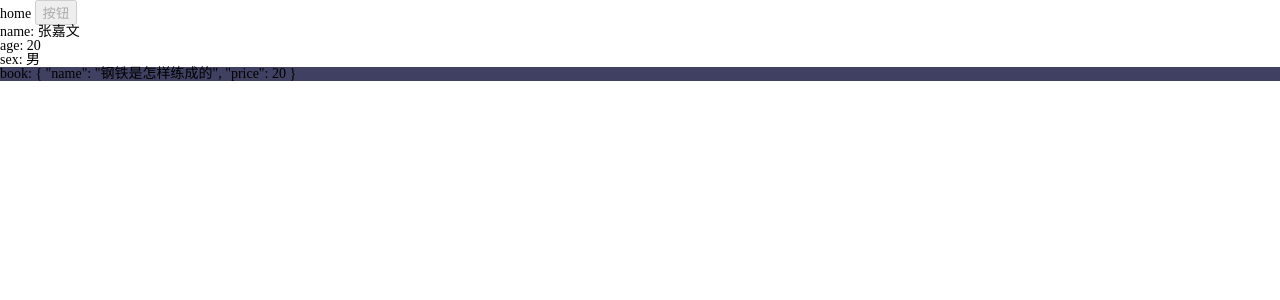
Repository: 596178924/vue3-ts-app
Page: /
These files come from the project's save history. The page is drawn as it stood at one moment and after the next save; the edit follows.
The browser window is 1280 px wide. The pictures show the whole page.
The project was rebuilt for these pictures with package versions that can differ from the ones it lists, and the page was loaded fresh each time. Also part of the build but not shown: vite.config.ts.

Above is the page before, as saved 2022-11-09 16:27:59.

### index.html
<!DOCTYPE html>
<html lang="zh">

<head>
  <meta charset="UTF-8" />
  <link rel="icon" type="image/svg+xml" href="/vite.svg" />
  <meta name="viewport" content="width=device-width, initial-scale=1.0" />
  <title>
    ts
  </title>
</head>

<body>
  <noscript>
    <strong>We're sorry but this doesn't work properly without JavaScript enabled.
        Please enable it to continue.</strong>
  </noscript>
  <div id="app"></div>
  <script type="module" src="/src/main.ts"></script>
</body>

</html>

### src/main.ts
import { createApp } from 'vue';
import AppElement from './App.vue'
import pluginInstall from "@/plugins"
import Router from "@/router"

(() => {
    const app = createApp(AppElement);
    app.use(pluginInstall);
    app.use(Router);
    app.mount('#app');
})()

### src/App.vue
<style lang="less">
@import '@/styles/index.less';
</style>

<template>
	<router-view></router-view>
</template>

<script setup lang="ts">
</script>

### src/plugins/index.ts
import { App } from "@vue/runtime-core";
import piniaInstall from "@/store";
export default function install(app: App) {
	app.use(piniaInstall);
}

### src/router/index.ts
import { createRouter, createWebHistory } from 'vue-router';
import routes from "./routes"
const router = createRouter({
    history: createWebHistory(),
    routes,
});

export default router;

### src/styles/index.less
@import './resetCss.less';

### src/styles/resetCss.less
/* http://meyerweb.com/eric/tools/css/reset/
   v2.0 | 20110126
   License: none (public domain)
*/
html, body, div, span, applet, object, iframe,
h1, h2, h3, h4, h5, h6, p, blockquote, pre,
a, abbr, acronym, address, big, cite, code,
del, dfn, em, img, ins, kbd, q, s, samp,
small, strike, strong, sub, sup, tt, var,
b, u, i, center,
dl, dt, dd, ol, ul, li,
fieldset, form, label, legend,
table, caption, tbody, tfoot, thead, tr, th, td,
article, aside, canvas, details, embed,
figure, figcaption, footer, header, hgroup,
menu, nav, output, ruby, section, summary,
time, mark, audio, video {
	margin: 0;
	padding: 0;
	border: 0;
	font: inherit;
	vertical-align: baseline;
}
/* HTML5 display-role reset for older browsers */
article, aside, details, figcaption, figure,
footer, header, hgroup, menu, nav, section {
	display: block;
}
body {
	line-height: 1;
	font-size: 14px;
}
ol, ul {
	list-style: none;
}
blockquote, q {
	quotes: none;
}
blockquote:before, blockquote:after,
q:before, q:after {
	content: '';
	content: none;
}
table {
	border-collapse: collapse;
	border-spacing: 0;
}

### src/store/index.ts
import { createPinia } from 'pinia'
// import piniaPluginPersist from 'pinia-plugin-persist'
const store = createPinia()
// store.use(piniaPluginPersist)
export default store

### src/router/routes.ts
import {  RouteRecordRaw } from 'vue-router';

const routes: Array<RouteRecordRaw> = [
    {
        path: '/',
        name: 'Home',
        component: ()=> import('@v/home/index.vue'),
    }
]

export default routes

### src/views/home/index.vue
<template>
	<div>
		home
		<button disabled>按钮</button>
		<p>name: {{ name }}</p>
		<p>age: {{ age }}</p>
		<p>sex: {{ sex }}</p>
		<p class="test">book: {{ book }}</p>
	</div>
</template>

<script setup lang="ts">
import { ref, Ref } from "@vue/reactivity";
interface Book {
	name: String;
	price: Number;
}
const name: Ref<String> = ref("张嘉文");
const age = ref<Number>(20);
const sex = ref("男") as Ref<String>;
const book = ref<Book>({
	name: "钢铁是怎样练成的",
	price: 20,
});
</script>

<style lang="less" scoped>
// @selectors: blue, green, red;

// each(@selectors, {
//   .color-@{value} {
//     color: @value;
//   }
// });
.test {
	background-color: shade(rgba(0, 0, 184, 0.5), 50%);
}
</style>

After the next save:
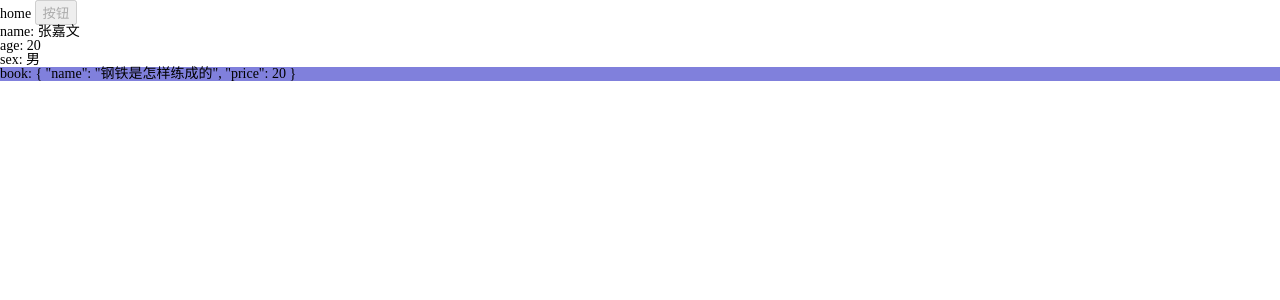
Saved 28 s later.
--- a/src/views/home/index.vue
+++ b/src/views/home/index.vue
@@ -33,6 +33,6 @@ const book = ref<Book>({
 //   }
 // });
 .test {
-	background-color: shade(rgba(0, 0, 184, 0.5), 50%);
+	background-color: tint(#0000b8, 50%);
 }
 </style>
